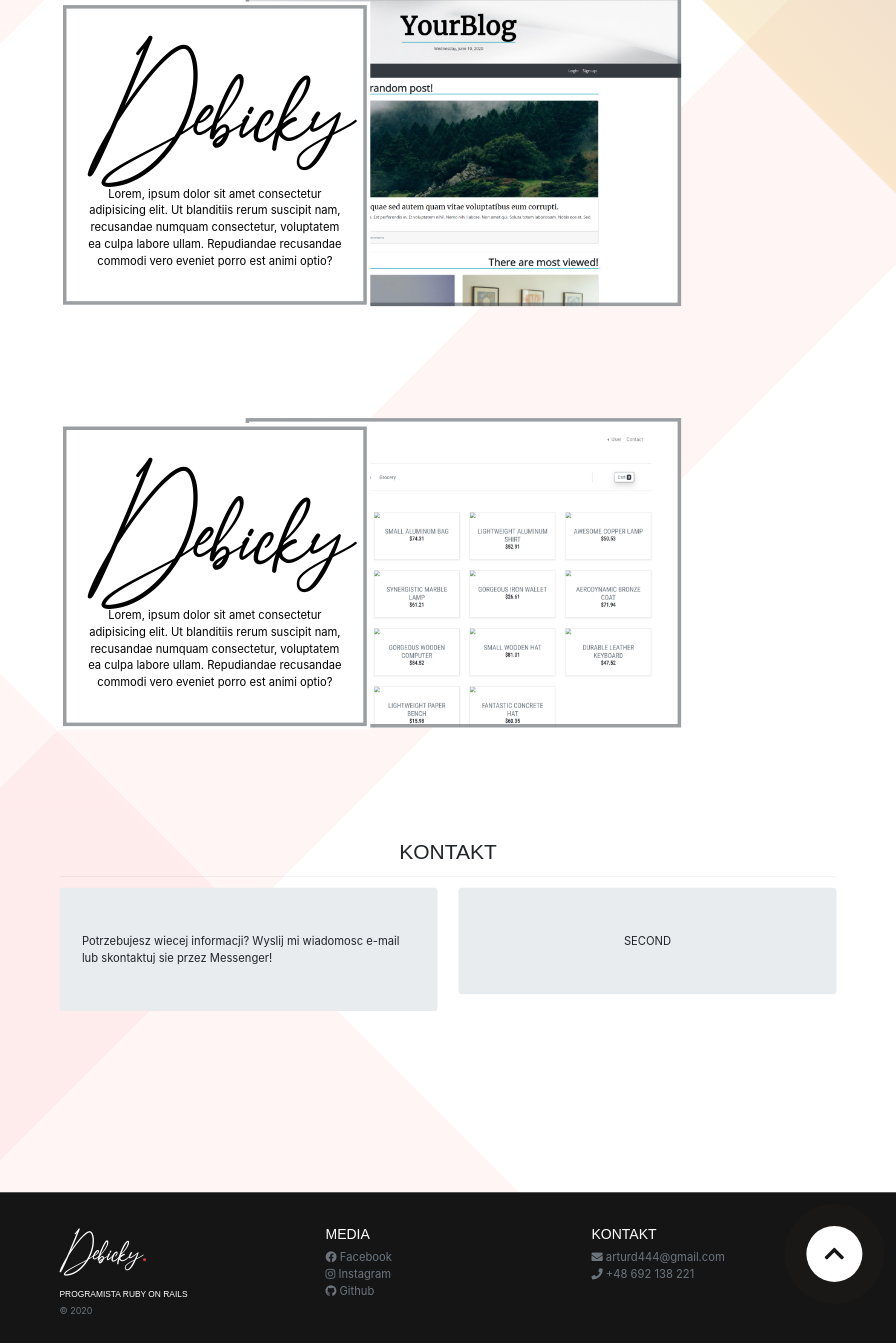
Repository: debicky/debicky.github.io
Page: index.html
An editor plug-in stored every save of this project. The page is shown before and after the next save, followed by the edit.
The browser window is 1280 px wide. The pictures show the part of the page from y = 2115 to 4035 px (the page is 4035 px tall), at 70% of full size.
Some web fonts or font styles are not loaded; a fallback is used. Some web libraries are served in a nearby version.

Above is the page before, as saved 2020-06-14 16:03:23.

### index.html
<!DOCTYPE html>
<html lang="en">
<head>
  <meta charset="UTF-8">
  <meta name="viewport" content="width=device-width, initial-scale=1.0">
  <title>Debicky</title>
  <link rel="stylesheet" href="https://stackpath.bootstrapcdn.com/bootstrap/4.5.0/css/bootstrap.min.css" integrity="sha384-9aIt2nRpC12Uk9gS9baDl411NQApFmC26EwAOH8WgZl5MYYxFfc+NcPb1dKGj7Sk" crossorigin="anonymous">
  <link rel="stylesheet" href="https://cdnjs.cloudflare.com/ajax/libs/font-awesome/5.11.2/css/all.min.css">
  <link rel="stylesheet" href="styles.css">
  <link rel="stylesheet" href="https://unpkg.com/aos@next/dist/aos.css" />

</head>
<body>


  <header>
    <div class="signature" data-aos="fade-in" data-aos-duration="2000">
      <h5 class="signature-heading ">Debicky<span class="text-danger font-weight-bolder">.</span></h5>
      <h3 class="signature-subheading">Młodszy Programista Ruby on Rails</h3>
    </div>

    <div class="container">
      <nav class="navbar navbar-expand-md p-0 rounded" data-aos="fade-in" data-aos-duration="3000">
        <button class="navbar-toggler" type="button" data-toggle="collapse" data-target="#navbarSupportedContent" aria-controls="navbarSupportedContent" aria-expanded="false" aria-label="Toggle navigation">
          <i class="fas fa-bars"></i>
          <i class="fas fa-times"></i>
        </button>

        <div class="collapse navbar-collapse d-md-flex justify-content-center" id="navbarSupportedContent">
          <ul class="navbar-nav">
            <li class="nav-item">
              <a class="nav-link" href="#about">O mnie</a>
            </li>
            <li class="nav-item">
              <a class="nav-link" href="#projects">Projekty</a>
            </li>
            <li class="nav-item">
              <a class="nav-link" href="#contact">Kontakt</a>
            </li>
          </ul>
        </div>
      </nav>
    </div>
  </header>

  <section class="about" id="about">
    <div class="container">
      <h1 class="text-center">O mnie</h1>
      <hr>

      <div class="row">
        <div class="col-12 col-md-6 col-lg-6 mb-5 mb-md-0">
          <h5>
            Programista samouk, poszukujacy pierwszej pracy.
          </h5>
          Aktualnie ucze sie ReactJS oraz platformy E-commerce Spree.
        </div>
        <div class="col-12 col-md-6 col-lg-6 mb-5 mb-md-0">
          <h5 class="text-uppercase">Technologie ktore uzywam</h5>
            <ul class="list-unstyled">
              <li>
                <img src="/images/icons/html.svg" alt=""> Html
              </li>
              <li>
                <img src="/images/icons/css.svg" alt=""> Css
              </li>
              <li>
                <i class="fab fa-sass"></i> Sass
              </li>
              <li>
                <img src="/images/icons/js.svg" alt=""> Javascript
              </li>
              <li>
                <img src="/images/icons/jquery.svg" alt=""> jQuery
              </li>
              <li>
                <img src="/images/icons/ror.svg" alt=""> Ruby
              </li>
              <li>
                <img src="/images/icons/ruby.svg" alt=""> Ruby on Rails
              </li>
              <li>
                <i class="fab fa-github"></i> Github
              </li>
              <li>
                <i class="fas fa-database"></i> SQL
              </li>
              <li>
                <img src="/images/icons/figma.svg" alt=""> Figma
              </li>

            </ul>
        </div>
        </div>
      </div>

    </div>
  </section>




  <section class="projects" id="projects">
    <div class="container">
      <h1 class="text-center">Projekty</h1>
      <hr>

      <div class="project-1">
        <div class="about-content">
          <div class="about-description">
            <div class="signature">
              <h5 class="signature-heading">Debicky</h5>
              <p>Lorem, ipsum dolor sit amet consectetur adipisicing elit. Ut blanditiis rerum suscipit nam, recusandae numquam consectetur, voluptatem ea culpa labore ullam. Repudiandae recusandae commodi vero eveniet porro est animi optio?</p>
            </div>
          </div>
          <div class="about-image">
            <a href="/images/1.jpeg">
              <img src="/images/course.png" alt="img1">
            </a>
          </div>
        </div>
      </div>
      <div class="project-1">
        <div class="about-content">
          <div class="about-description">
            <div class="signature">
              <h5 class="signature-heading">Debicky</h5>
              <p>Lorem, ipsum dolor sit amet consectetur adipisicing elit. Ut blanditiis rerum suscipit nam, recusandae numquam consectetur, voluptatem ea culpa labore ullam. Repudiandae recusandae commodi vero eveniet porro est animi optio?</p>
            </div>
          </div>
          <div class="about-image">
            <a href="/images/1.jpeg">
              <img src="/images/blog.png" alt="img1">
            </a>
          </div>
        </div>
      </div>
      <div class="project-1">
        <div class="about-content">
          <div class="about-description">
            <div class="signature">
              <h5 class="signature-heading">Debicky</h5>
              <p>Lorem, ipsum dolor sit amet consectetur adipisicing elit. Ut blanditiis rerum suscipit nam, recusandae numquam consectetur, voluptatem ea culpa labore ullam. Repudiandae recusandae commodi vero eveniet porro est animi optio?</p>
            </div>
          </div>
          <div class="about-image">
            <a href="/images/1.jpeg">
              <img src="/images/shop.png" alt="img1">
            </a>
          </div>
        </div>
      </div>

    </div>
  </section>

  <section class="contact" id="contact">
    <div class="container">
      <h1 class="text-center">Kontakt</h1>
      <hr>

      <div class="row">
        <div class="col-12 col-md-6 col-lg-6 mb-5 mb-md-0">
          <div class="jumbotron">
            Potrzebujesz wiecej informacji?
            Wyslij mi wiadomosc e-mail lub skontaktuj sie przez Messenger!
          </div>
        </div>
        <div class="col-12 col-md-6 col-lg-6 mb-5 mb-md-0">
          <div class="jumbotron">SECOND</div>
        </div>
      </div>
    </div>
  </section>


  <footer class="py-5" id="footer">
    <div class="up" id="up">
      <i class="fas fa-chevron-up"></i>
    </div>
    <div class="container">
      <div class="row">
        <div class="col-12 col-md-5 col-lg-4 mb-5 mb-md-0">
          <div class="signature-footer">
            <h5 class="signature-footer-heading">Debicky<span class="text-danger font-weight-bolder">.</span></h5>
            <h3 class="signature-footer-subheading">Programista Ruby on Rails</h3>
          </div>
          <small class="d-block mt-2 text-muted">&copy; 2020</small>
        </div>
        <div class="col-12 col-md-5 col-lg-4 mb-5">
          <h5 class="text-uppercase">Media</h5>
            <ul class="list-unstyled mb-0">
              <li>
                <a href="https://www.facebook.com/artur.debicki.5" class="text-muted"><i class="fab fa-facebook"></i> Facebook</a>
              </li>
              <li>
                <a href="https://www.instagram.com/debicky" class="text-muted"><i class="fab fa-instagram"></i> Instagram</a>
              </li>
              <li>
                <a href="https://github.com/debicky" class="text-muted"><i class="fab fa-github"></i> Github</a>
              </li>
            </ul>
        </div>
        <div class="col-12 col-md-5 col-lg-4">
          <h5 class="text-uppercase">Kontakt</h5>
            <ul class="list-unstyled mb-0">
              <li>
                <a href="mailto:arturd444@gmail.com" class="text-muted"><i class="fas fa-envelope"></i> arturd444@gmail.com</a>
              </li>
              <li>
                <p class="text-muted"><i class="fa fa-phone"></i> +48 692 138 221</p>
              </li>
            </ul>
        </div>
      </div>
    </div>
  </footer>



  <script src="https://code.jquery.com/jquery-3.5.0.min.js" crossorigin="anonymous"></script>
  <script src="https://cdn.jsdelivr.net/npm/popper.js@1.16.0/dist/umd/popper.min.js" integrity="sha384-Q6E9RHvbIyZFJoft+2mJbHaEWldlvI9IOYy5n3zV9zzTtmI3UksdQRVvoxMfooAo" crossorigin="anonymous"></script>
  <script src="https://stackpath.bootstrapcdn.com/bootstrap/4.5.0/js/bootstrap.min.js" integrity="sha384-OgVRvuATP1z7JjHLkuOU7Xw704+h835Lr+6QL9UvYjZE3Ipu6Tp75j7Bh/kR0JKI" crossorigin="anonymous"></script>
  <script src="https://unpkg.com/aos@next/dist/aos.js"></script>
  <script src="script.js"></script>

</body>
</html>

### styles.css
@import url('https://fonts.googleapis.com/css?family=Playfair+Display+SC|Roboto:300,400&display=swap');

@font-face {
  font-family: "AmostelySignature";
  src: url("/fonts/AmostelySignature.ttf");
  }


* {
  margin: 0;
  padding: 0;
  box-sizing: border-box;
}

body {
  background-image: linear-gradient(45deg, transparent 0%, transparent 55%,rgba(238, 202, 125, 0.336) 55%, rgba(83, 67, 67, 0.219) 76%,transparent 76%, transparent 100%),linear-gradient(135deg, transparent 0%, transparent 14%,rgba(255,1,1, 0.04) 14%, rgba(255,1,1, 0.04) 41%,transparent 41%, transparent 100%),linear-gradient(45deg, transparent 0%, transparent 2%,rgba(255,1,1, 0.04) 2%, rgba(255,1,1, 0.04) 18%,transparent 18%, transparent 100%),linear-gradient(135deg, transparent 0%, transparent 61%,rgba(255,1,1, 0.04) 61%, rgba(255,1,1, 0.04) 71%,transparent 71%, transparent 100%),linear-gradient(90deg, rgb(255,255,255),rgb(255,255,255));
}

html {
  font-family: "Roboto", sans-serif;
}

a:hover {
  text-decoration: none;;
}

/* Heading */

header{
  height: 100vh;
  width: 100%;
  display: flex;
  flex-direction: column;
  align-items: center;
  justify-content: center;

}

.signature{
  color: black;
  text-align: center;
  user-select: none;
}

.signature-heading{
  font-family: 'AmostelySignature', cursive;
  font-size: 10rem;
  margin-bottom: 30px;
}

.signature-subheading{
  font-family: 'Playfair Display SC', sans-serif;
  font-size: 1.5rem;
  text-transform: uppercase;
  margin-bottom: 20px;
}

/* Navbar */

.navbar{
  background-color: #384147;
}

.navbar-toggler i{
  color: #fff;
  font-size: 1.2rem;
}

.navbar-toggler .fa-times{
  display: none;
}

.navbar-toggler.menu-open  .fa-bars{
  display: none;
}

.navbar-toggler.menu-open  .fa-times{
  display: block;
}

.navbar-nav{
  padding: 20px;
}

.nav-link{
  color: #fff;
  text-transform: uppercase;
  transition: opacity .5s;
  font-size: 1rem;
}

.nav-link:hover{
  color: maroon;
}

/* About */

.about{
  height: 100vh;
}

.about h1 {
  position: relative;
  z-index: 1;
}

.about h1::before {
  content: ' ';
  position: absolute;
  width: 3em;
  background: #ec52ec57;
  height: .7em;
  bottom: 0;
  z-index: -1;
  margin-left: -.3em;
}

.about img{
height: 18px;
}

.about-description{
  width: 100%;
  background-color: #fff;
  padding: 40px;
  outline: 5px solid rgba(56, 65, 71, 0.5);
  outline-offset: -5px;
  order: 1;
  margin-top: 5px;
}

.about-image{
  order: 2;
}

.about-image img{
  outline: 5px solid rgba(56, 65, 71, 0.5);
  outline-offset: -5px;
  width: 100%;
  height: auto;
  display: block;
}

.about-image a::after{
  font-family: 'Font Awesome 5 Free';
  content: "\f35d";
  font-weight: 600;
  position: absolute;
  top: 50%;
  left: 50%;
  transform: translate(-50%, -50%);
  color: maroon;
  font-size: 25px;
  z-index: 101;
  width: 70px;
  height: 70px;
  border: 3px solid maroon;
  border-radius: 100%;
  display: flex;
  align-items: center;
  justify-content: center;
  opacity: 0;
  transition: opacity .5s;
}

.about-image a:hover::after{
  opacity: .7;
}


/* Projects */

section h1{
  font-family: 'Playfair Display SC', sans-serif;
  font-size: 30px;
  text-transform: uppercase;
}

.project-1{
  margin-bottom: 10rem;
}





/* Contact */

.contact{
  height: 100vh;
}


.jumbotron{
  width: 100%;
  display: flex;
  align-items: center;
  justify-content: center;
}

/* Footer */


footer {
  background-color: #151515;
  color: #fff;
}

.signature-footer{
  user-select: none;
}

.signature-footer-heading{
  font-family: 'AmostelySignature', cursive;
  font-size: 50px;
  margin-bottom: 30px;
  color: #fff;
}

.signature-footer-subheading{
  font-family: 'Playfair Display SC', sans-serif;
  font-size: 12px;
  text-transform: uppercase;
  color: #fff;
}

footer h5{
  font-family: 'Playfair Display SC', sans-serif;

}


a.text-muted:hover{
  color: maroon !important;
}

.up{
  position: absolute;
  width: 5rem;
  height: 5rem;
  background-color: #fff;
  right: 3rem;
  border-radius: 100%;
  display: flex;
  animation: pulse 2.5s infinite;
  cursor: pointer;
  z-index: 1;
}

.up i{
  color: #151515;
  font-size: 2rem;
  margin: auto;
}

@keyframes pulse {
  0%{
    box-shadow: 0 0 0 0 rgba(238, 132, 125, 0.99);
  }
  70%{
    box-shadow: 0 0 0 2rem rgba(238, 202, 125, 0);

  }
  100%{
    box-shadow: 0 0 0 0 rgba(238, 202, 125, 0);

  }
}

/* Responsive */

@media screen and (min-width: 768px) {
  .navbar{
    background-color: transparent;
  }
  .navbar-nav{
    padding: 0;
  }
  .nav-link{
    color: #384147;
  }

  nav:hover .nav-link:not(:hover){
    opacity: .5;
  }

  .about-content{
    position: relative;
    display: block;
  }

  .about-description{
    position: absolute;
    top: 80%;
    transform: translateY(-50%);
    width: 60%;
    outline-offset: -10px;
  }

  .about-image img{
    width: 70%;
    margin-left: auto;
  }

}

@media screen and (min-width: 1200px) {
  .about-description{
    top: 50%;
    width: 40%;
  }

  .about-image{
    width: 80%;
  }

  .contact{
    height: 70vh;
  }

  footer{
    height: 30vh;
  }

}

### script.js
$(document).ready(function () {

  AOS.init();


  $('.navbar-toggler').on('click', function () {
    $(this).toggleClass('menu-open');
  })

  $('.navbar .nav-link').on('click', function () {
    $('.navbar-collapse').toggleClass('show')
    $('.navbar-toggler').removeClass('menu-open')
  });

  $('nav a[href*="#').on('click', function () {
    $('html, body').animate({
      scrollTop: $($(this).attr('href')).offset().top
    }, 900);
  });

  $('#up').on('click', function () {
    $('html, body').animate({
      scrollTop: 0
    }, 900);
  });






})

After the next save:
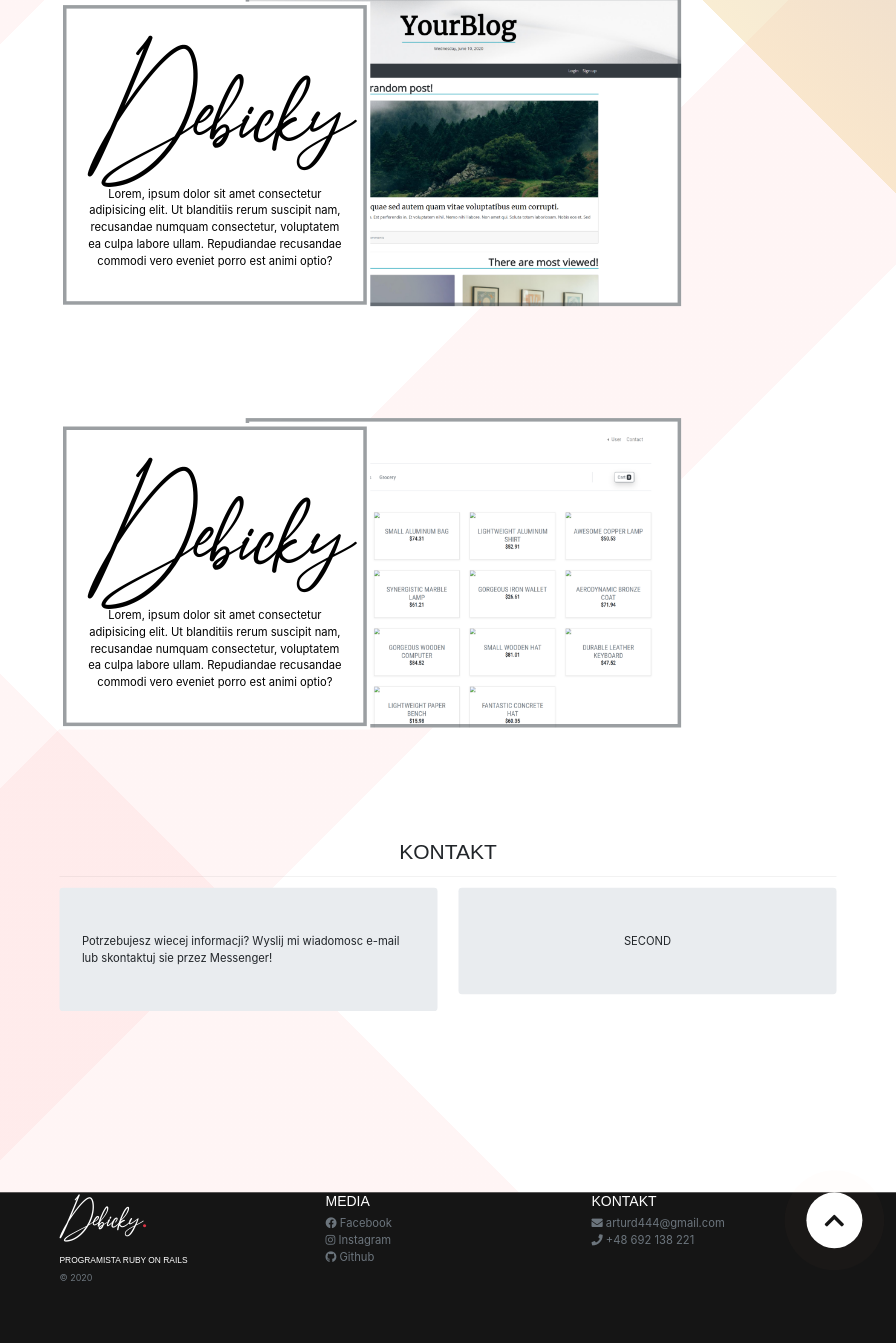
Saved 12 s later.
--- a/index.html
+++ b/index.html
@@ -174,7 +174,7 @@
   </section>
 
 
-  <footer class="py-5" id="footer">
+  <footer>
     <div class="up" id="up">
       <i class="fas fa-chevron-up"></i>
     </div>
